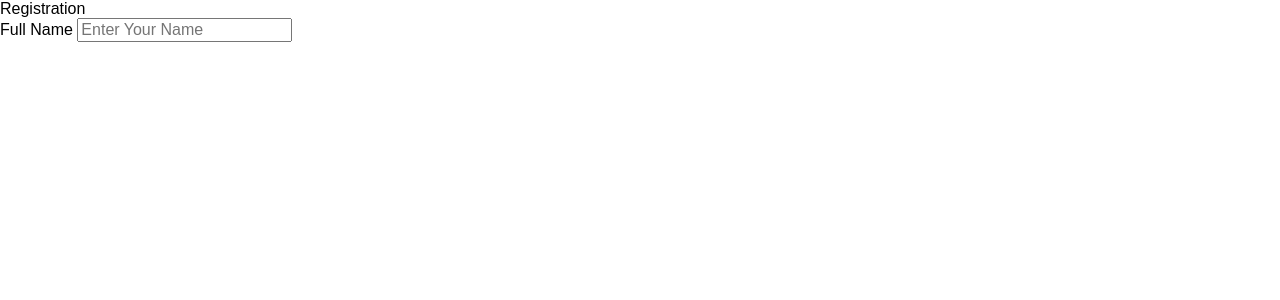
Repository: special4Party/Graduation-project-wedding-hall
Page: include/temp/owner_register.html
These files come from the project's save history. The page is drawn as it stood at one moment and after the next save; the edit follows.
The browser window is 1280 px wide. The pictures show the whole page.

Above is the page before, as saved 2022-04-14 16:14:43.

### include/temp/owner_register.html
<!DOCTYPE html>
<html lang="en">
<head>
    <meta charset="UTF-8">
    <link rel="stylesheet" href="/layout/css/owner_regis.css">
    <link rel="stylesheet" href="/layout/css/normalize.css">
    <title>Owner Register page</title>
</head>
<body>
    <div class="cntainer">
        <div class="title">Registration </div>
        <form action="#">
            <div class="user-details">
                <div class="input-box">
                    <span class="detail">Full Name</span>
                    <input type="text" placeholder="Enter Your Name">
                </div>
            </div>
        </form>
    </div>
</body>
</html>

Loaded but not shown: layout/css/normalize.css (library); layout/css/owner_regis.css (no stored copy; drawn as an empty file)

After the next save:
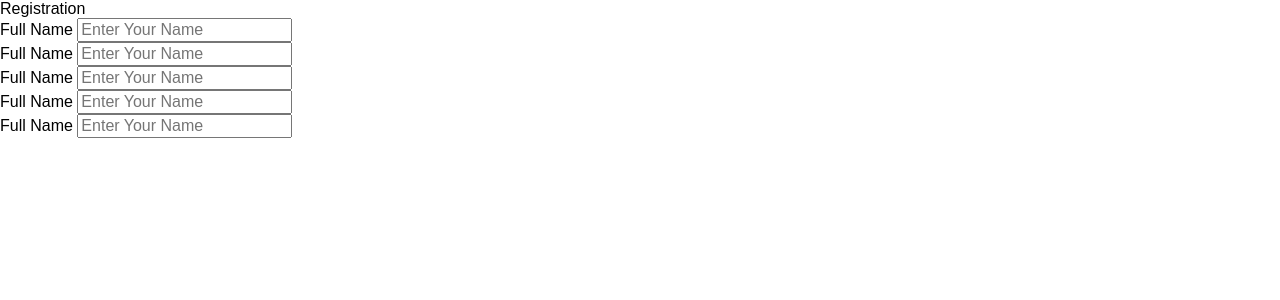
Saved 91 s later.
--- a/include/temp/owner_register.html
+++ b/include/temp/owner_register.html
@@ -13,7 +13,23 @@
             <div class="user-details">
                 <div class="input-box">
                     <span class="detail">Full Name</span>
-                    <input type="text" placeholder="Enter Your Name">
+                    <input type="text" placeholder="Enter Your Name" required>
+                </div>
+                <div class="input-box">
+                    <span class="detail">Full Name</span>
+                    <input type="text" placeholder="Enter Your Name" required>
+                </div>
+                <div class="input-box">
+                    <span class="detail">Full Name</span>
+                    <input type="text" placeholder="Enter Your Name" required>
+                </div>
+                <div class="input-box">
+                    <span class="detail">Full Name</span>
+                    <input type="text" placeholder="Enter Your Name" required>
+                </div>
+                <div class="input-box">
+                    <span class="detail">Full Name</span>
+                    <input type="text" placeholder="Enter Your Name" required>
                 </div>
             </div>
         </form>
